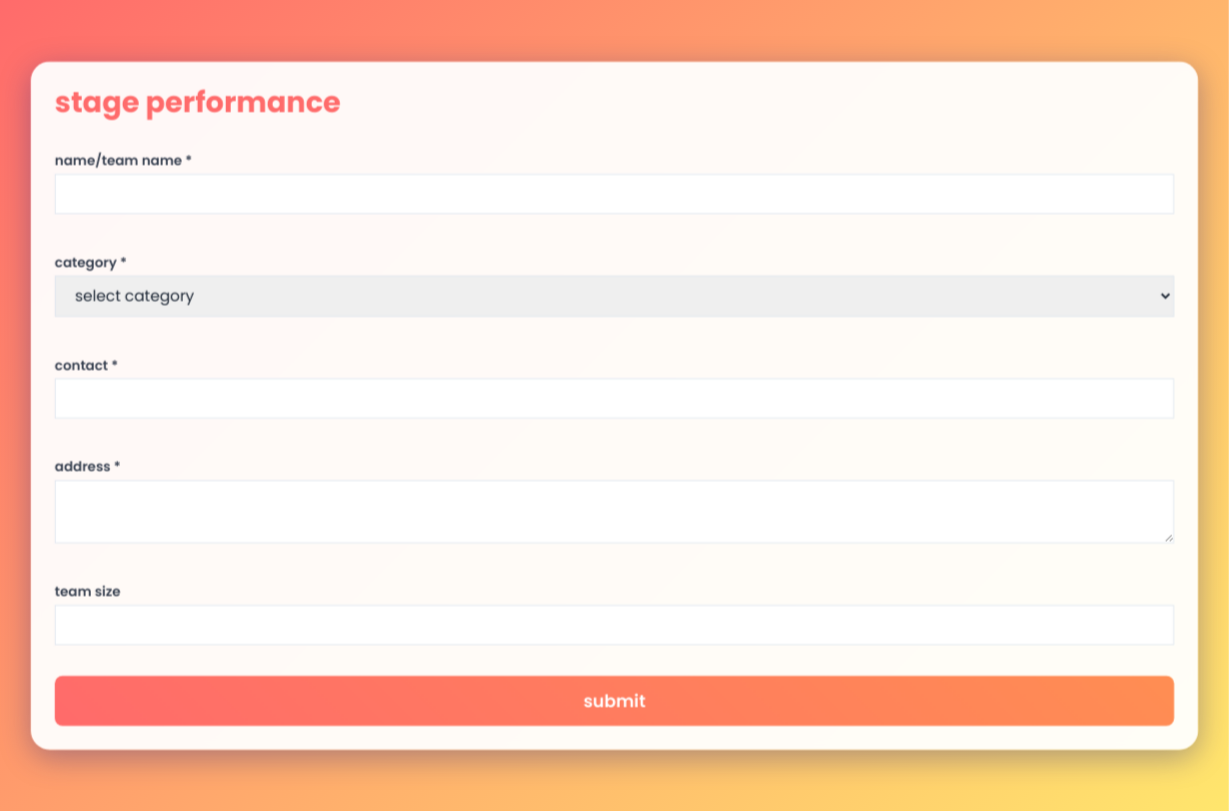
Repository: thegurjararyan/website-master
Page: forms/stage-performance.html
An editor plug-in stored every save of this project. The page is shown before and after the next save, followed by the edit.
The browser window is 1280 px wide. The pictures show the whole page, at 96% of full size.
Some web libraries are served in a nearby version.

Above is the page before, as saved 2024-11-08 14:16:48.

After the next save:
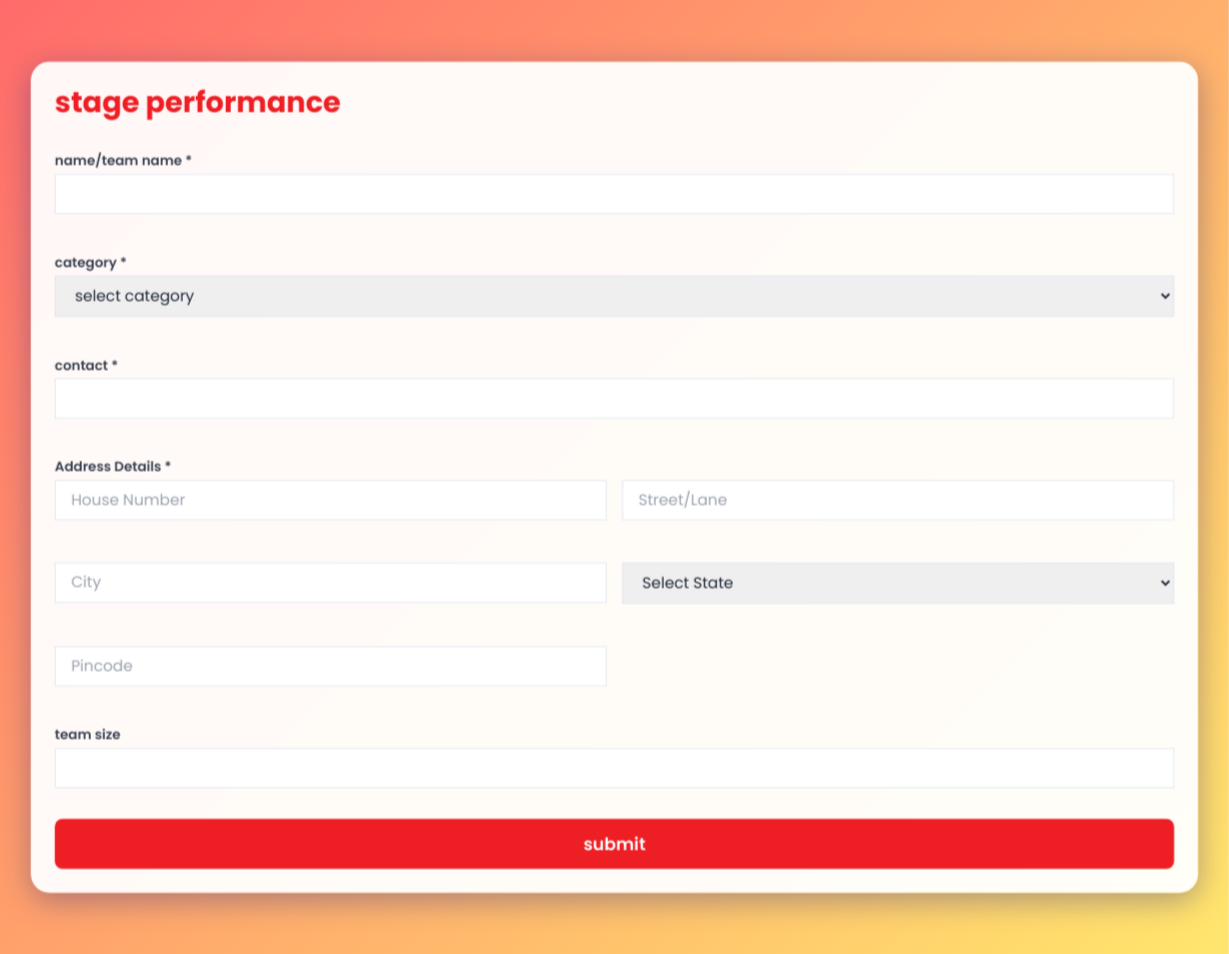
Saved 60 min 25 s later.
--- a/forms/stage-performance.html
+++ b/forms/stage-performance.html
@@ -56,7 +56,7 @@
         }
 
         .submit-btn {
-            background: linear-gradient(45deg, #ff6b6b, #ff8e53);
+            background-color: #ed1f24;
             transition: all 0.3s ease;
             margin-top: 1rem;
             cursor: pointer;
@@ -84,7 +84,7 @@
 <body class="text-gray-800">
     <div class="container">
         <div class="card p-6" data-aos="fade-right">
-            <h2 class="text-3xl font-bold text-[#ff6b6b] mb-4">stage performance</h2>
+            <h2 class="text-3xl font-bold text-[#ed1f24] mb-4">stage performance</h2>
             <form id="performanceform" action="process_performance_form.php" method="post" class="space-y-4">
                 <input type="hidden" name="formtype" value="performanceform">
                 <div>
@@ -109,9 +109,67 @@
                     <span class="error-message">valid contact number required</span>
                 </div>
                 <div>
-                    <label class="block text-gray-700 font-semibold text-sm">address *</label>
-                    <textarea required name="address" class="form-input mt-1 block w-full"></textarea>
-                    <span class="error-message">address is required</span>
+                    <label class="block text-gray-700 font-semibold text-sm">Address Details *</label>
+                    <div class="grid grid-cols-1 md:grid-cols-2 gap-4">
+                        <div>
+                            <input type="text" required name="houseNumber" placeholder="House Number" class="form-input mt-1 block w-full" />
+                            <span class="error-message">House number is required</span>
+                        </div>
+                        <div>
+                            <input type="text" required name="lane" placeholder="Street/Lane" class="form-input mt-1 block w-full" />
+                            <span class="error-message">Street/Lane is required</span>
+                        </div>
+                        <div>
+                            <input type="text" required name="city" placeholder="City" class="form-input mt-1 block w-full" />
+                            <span class="error-message">City is required</span>
+                        </div>
+                        <div>
+                            <select required name="state" class="form-input mt-1 block w-full">
+                                <option value="">Select State</option>
+                                <option value="Andaman and Nicobar Islands">Andaman and Nicobar Islands</option>
+                                <option value="Andhra Pradesh">Andhra Pradesh</option>
+                                <option value="Arunachal Pradesh">Arunachal Pradesh</option>
+                                <option value="Assam">Assam</option>
+                                <option value="Bihar">Bihar</option>
+                                <option value="Chandigarh">Chandigarh</option>
+                                <option value="Chhattisgarh">Chhattisgarh</option>
+                                <option value="Dadra and Nagar Haveli and Daman and Diu">Dadra and Nagar Haveli and Daman and Diu</option>
+                                <option value="Delhi">Delhi</option>
+                                <option value="Goa">Goa</option>
+                                <option value="Gujarat">Gujarat</option>
+                                <option value="Haryana">Haryana</option>
+                                <option value="Himachal Pradesh">Himachal Pradesh</option>
+                                <option value="Jammu and Kashmir">Jammu and Kashmir</option>
+                                <option value="Jharkhand">Jharkhand</option>
+                                <option value="Karnataka">Karnataka</option>
+                                <option value="Kerala">Kerala</option>
+                                <option value="Ladakh">Ladakh</option>
+                                <option value="Lakshadweep">Lakshadweep</option>
+                                <option value="Madhya Pradesh">Madhya Pradesh</option>
+                                <option value="Maharashtra">Maharashtra</option>
+                                <option value="Manipur">Manipur</option>
+                                <option value="Meghalaya">Meghalaya</option>
+                                <option value="Mizoram">Mizoram</option>
+                                <option value="Nagaland">Nagaland</option>
+                                <option value="Odisha">Odisha</option>
+                                <option value="Puducherry">Puducherry</option>
+                                <option value="Punjab">Punjab</option>
+                                <option value="Rajasthan">Rajasthan</option>
+                                <option value="Sikkim">Sikkim</option>
+                                <option value="Tamil Nadu">Tamil Nadu</option>
+                                <option value="Telangana">Telangana</option>
+                                <option value="Tripura">Tripura</option>
+                                <option value="Uttar Pradesh">Uttar Pradesh</option>
+                                <option value="Uttarakhand">Uttarakhand</option>
+                                <option value="West Bengal">West Bengal</option>
+                            </select>
+                            <span class="error-message">Please select a state</span>
+                        </div>
+                        <div>
+                            <input type="text" required name="pincode" pattern="[0-9]{6}" placeholder="Pincode" class="form-input mt-1 block w-full" />
+                            <span class="error-message">Valid 6-digit pincode required</span>
+                        </div>
+                    </div>
                 </div>
                 <div>
                     <label class="block text-gray-700 font-semibold text-sm">team size</label>
